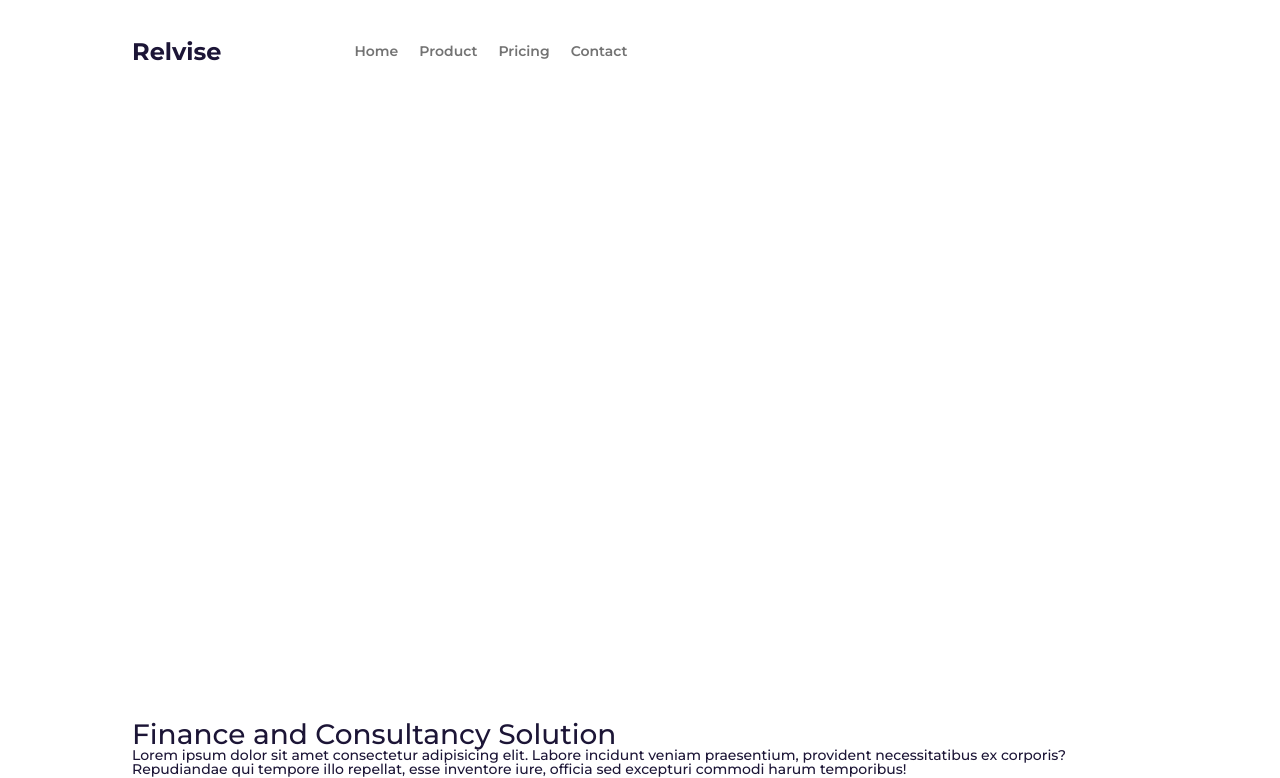
Repository: usalokiN/simple-project
Page: index.html
The author's editor kept a copy of each file at every save. The page is drawn from the files as they stood at one save, then again after the next save.
The browser window is 1280 px wide. The pictures show the whole page.

Above is the page before, as saved 2022-01-15 22:25:31.

### index.html
<!DOCTYPE html>
<html lang="en">

<head>
    <meta charset="UTF-8">
    <meta http-equiv="X-UA-Compatible" content="IE=edge">
    <meta name="viewport" content="width=device-width, initial-scale=1.0">
    <link rel="stylesheet" href="https://fonts.googleapis.com/css?family=Montserrat:regular,500,600,700,800&display=swap">
    <link rel="stylesheet" href="css/style.css">
    <meta author="NikoDyachenko">
    <title>Simple project</title>


</head>

<body>
    <div class="wrapper">
        <header class="header">
            <div class="header__container _container">
                <a href="" class="header__logo">
                    Relvise
                </a>
                <nav class="header__menu menu">
                    <ul class="menu__list">
                        <li class="menu__item">
                            <a href="" class="menu__link">Home</a>
                        </li>
                        <li class="menu__item">
                            <a href="" class="menu__link">Product</a>
                        </li>
                        <li class="menu__item">
                            <a href="" class="menu__link">Pricing</a>
                        </li>
                        <li class="menu__item">
                            <a href="" class="menu__link">Contact</a>
                        </li>
                    </ul>
                </nav>
            </div>
    </div>
    </header>
    <main class="page">
        <div class="page__main-block main-block">
            <div class="main-block_containter _container">
                <h1 class="main-block__title">Finance and Consultancy Solution</h1>
                <div class="main-block__text">Lorem ipsum dolor sit amet consectetur adipisicing elit. Labore incidunt veniam praesentium, provident necessitatibus ex corporis? Repudiandae qui tempore illo repellat, esse inventore iure, officia sed excepturi commodi harum temporibus!

                </div>
                <div class="main-block__buttons">
                    <a href=""></a>

                </div>
            </div>
        </div>
    </main>
    <footer class="footer"></footer>
    </div>
</body>

</html>

### css/style.css
*,
::before,
::after {
    padding: 0;
    margin: 0;
    bottom: 0;
    box-sizing: border-box;
}

a {
    text-decoration: none;
}

ul,
ol,
li {
    list-style: none;
}

img {
    vertical-align: top;
}

h1,
h2,
h3,
h4,
h5,
h6 {
    font-weight: inherit;
    font-style: inherit;
}

html,
body {
    height: 100%;
    line-height: 1;
    font-size: 14px;
    font-weight: 500;
    color: rgb(28, 21, 54);
    font-family: Montserrat;
}

.wrapper {
    min-height: 100%;
    overflow: hidden;
}


/* ================================================================================== */

._container {
    max-width: 1046px;
    margin: 0px auto;
    padding: 0 15px;
}


/* ----------------------------------------HEADER------------------------------------------------------- */

.header {
    position: absolute;
    width: 100%;
    left: 0;
    top: 0;
    z-index: 50;
}

.header__container {
    display: flex;
    min-height: 104px;
    align-items: center;
}

@media (max-width: 479px) {
    .header__container {
        min-height: 85px;
    }
}

._container {}

.header__logo {
    font-size: 24px;
    font-weight: 700;
    color: inherit;
}

.header__menu {
    margin: 0 0 0 133px;
}

@media (max-width: 992px) {
    .header__menu {
        margin: 0 0 0 80px;
    }
}

@media (max-width: 762px) {
    .header__menu {
        margin: 0 0 0 40px;
    }
}

@media (max-width: 479px) {
    .header__menu {
        margin: 0 0 0 20px;
    }
}

.menu {
    padding: 5px 0;
}

.menu__list {
    display: flex;
    flex-wrap: wrap;
}

.menu__item {}

.menu__item:not(:last-child) {
    margin: 0 21px 0 0px;
    /* Отступы у каждого кроме последнего элемента */
}

.menu__link {
    color: #737373;
    font-weight: 600;
    line-height: calc(24/14 * 100%);
    /*171% - процет отступа. Формула расчета при 14px шрифта*/
}

@media (max-width: 479) {
    .menu__link {
        font-size: 18px;
    }
}


/* MAIN */

.page {
    flex: 1 1 auto;
}


/* FOOTER */

.footer {}

After the next save:
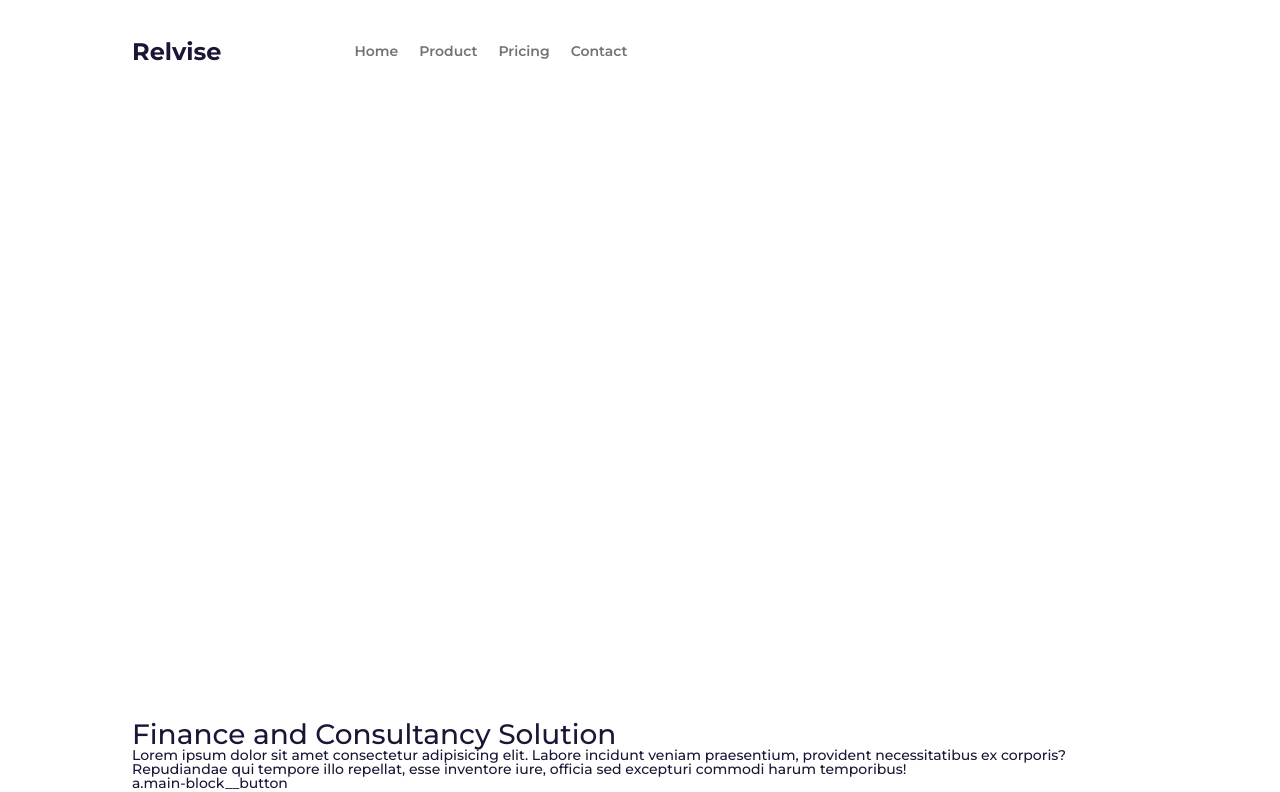
Saved 23 s later.
--- a/index.html
+++ b/index.html
@@ -47,7 +47,7 @@
 
                 </div>
                 <div class="main-block__buttons">
-                    <a href=""></a>
+                    a.main-block__button
 
                 </div>
             </div>

After the save that followed:
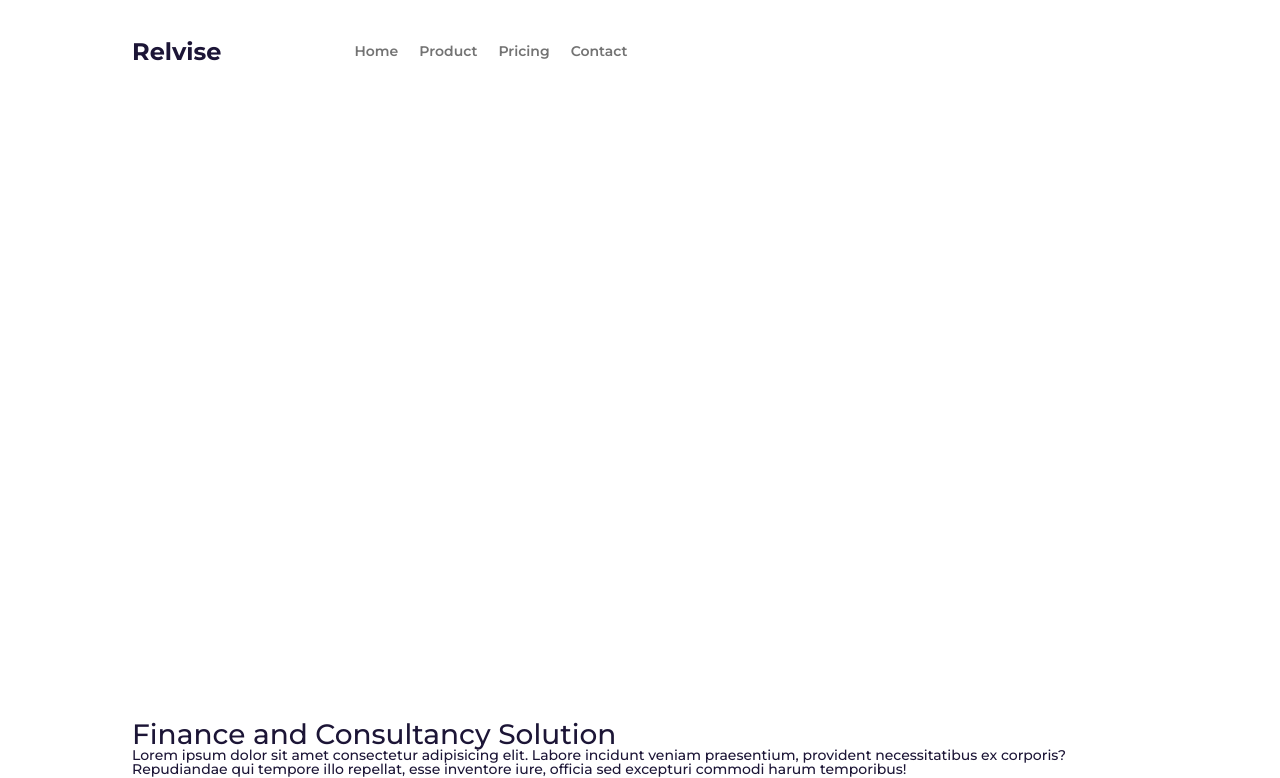
Saved 20 s later.
--- a/index.html
+++ b/index.html
@@ -47,7 +47,8 @@
 
                 </div>
                 <div class="main-block__buttons">
-                    a.main-block__button
+                    <a href="" class="main-block__button"></a>
+                    <a href="" class="main-block__button"></a>
 
                 </div>
             </div>
